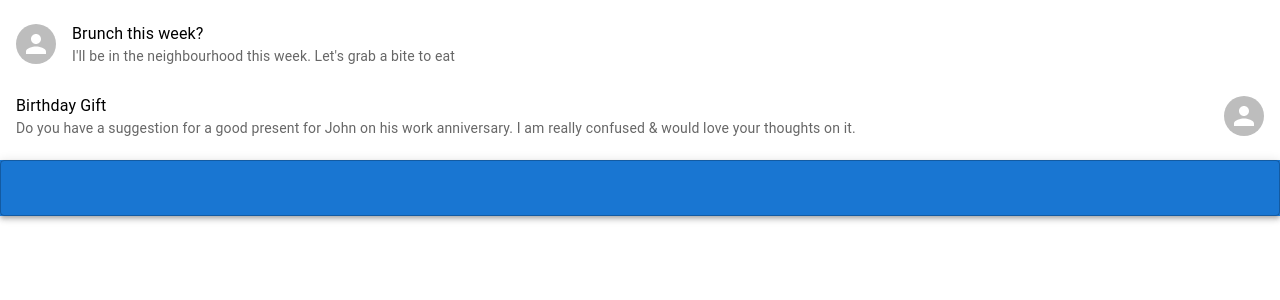
Repository: background-position/midway-react
Page: /chart
These files come from the project's save history. The page is drawn as it stood at one moment and after the next save; the edit follows.
The browser window is 1280 px wide. The pictures show the whole page.
The project was rebuilt for these pictures with package versions that can differ from the ones it lists, and the page was loaded fresh each time. Also part of the build but not shown: vite.config.ts, src/service/apis/lambda/index.ts, src/client/pages/login/login.tsx, src/client/pages/register/register.tsx.

Above is the page before, as saved 2021-12-31 18:06:57.

### src/main.tsx
import React from 'react';
import ReactDOM from 'react-dom';
import './index.css';
import App from './client/App';
import { BrowserRouter } from 'react-router-dom';
ReactDOM.render(
    <BrowserRouter>
        <React.StrictMode>
            <App />
        </React.StrictMode>
    </BrowserRouter>,
    document.getElementById('root'),
);

### src/client/App.tsx
import React from 'react';
import { Routes, Route } from 'react-router-dom';
import About from './pages/about/about';
import Login from './pages/login/login';
import Register from './pages/register/register';
import Chart from './pages/chart/index';
function App() {
    return (
        <div className="App">
            <Routes>
                <Route path="/" element={<Login />} />
                <Route path="/register" element={<Register />} />
                <Route path="/chart" element={<Chart />} />
            </Routes>
        </div>
    );
}
export default App;

### src/client/pages/chart/index.tsx
import React, { useState, useEffect, FC } from 'react';
import Container from '@mui/material/Container';
import Header from './components/header';
import Chart from './components/chart';

interface PageProps {}
const App: FC<PageProps> = () => {
    return <Chart />;
};
export default App;

### src/client/pages/chart/components/chart.tsx
import React, { useState, useEffect, FC } from 'react';
import { chartList } from './res';
import { styled } from '@mui/material/styles';
import TextField from '@mui/material/TextField';
import AppBar from '@mui/material/AppBar';
import Box from '@mui/material/Box';
import CssBaseline from '@mui/material/CssBaseline';
import Toolbar from '@mui/material/Toolbar';
import Typography from '@mui/material/Typography';
import IconButton from '@mui/material/IconButton';
import Paper from '@mui/material/Paper';
import Fab from '@mui/material/Fab';
import List from '@mui/material/List';
import ListItem from '@mui/material/ListItem';
import ListItemAvatar from '@mui/material/ListItemAvatar';
import ListItemText from '@mui/material/ListItemText';
import ListSubheader from '@mui/material/ListSubheader';
import Avatar from '@mui/material/Avatar';
import MenuIcon from '@mui/icons-material/Menu';
import AddIcon from '@mui/icons-material/Add';
import SearchIcon from '@mui/icons-material/Search';
import MoreIcon from '@mui/icons-material/MoreVert';
import { makeStyles } from '@material-ui/styles';
interface PageProps {}
const useStyles = makeStyles({
    root: {
        display: 'flex',
        justifyContent: 'flex-end',
    },
});

const App: FC<PageProps> = () => {
    const classes = useStyles();
    return (
        <div>
            <List sx={{ mb: 2, marginBottom: '0px' }}>
                {chartList.map(({ id, nickname, content, isMe }) => (
                    <React.Fragment key={id}>
                        {isMe ? (
                            <ListItem button>
                                <ListItemText
                                    primary={nickname}
                                    secondary={content}
                                />
                                <ListItemAvatar className={classes.root}>
                                    <Avatar alt="Profile Picture" />
                                </ListItemAvatar>
                            </ListItem>
                        ) : (
                            <ListItem button>
                                <ListItemAvatar>
                                    <Avatar alt="Profile Picture" />
                                </ListItemAvatar>
                                <ListItemText
                                    primary={nickname}
                                    secondary={content}
                                />
                            </ListItem>
                        )}
                    </React.Fragment>
                ))}
            </List>
            <AppBar position="sticky" sx={{ top: 'auto', bottom: 0 }}>
                <TextField id="outlined-basic" variant="outlined" />
            </AppBar>
        </div>
    );
};
export default App;

### src/client/pages/chart/components/res.ts
interface chartItem {
    id?: string | number;
    nickname: string;
    content: string;
    logo?: string;
    isMe: boolean;
    [propname: string]: any;
}
export const chartList: Array<chartItem> = [
    {
        id: 1,
        nickname: 'Brunch this week?',
        content:
            "I'll be in the neighbourhood this week. Let's grab a bite to eat",
        isMe: false,
    },
    {
        id: 2,
        nickname: 'Birthday Gift',
        content: `Do you have a suggestion for a good present for John on his work
        anniversary. I am really confused & would love your thoughts on it.`,
        isMe: true,
    },
    // {
    //     id: 3,
    //     nickname: 'Recipe to try',
    //     content:
    //         'I am try out this new BBQ recipe, I think this might be amazing',
    //     isMe: false,
    // },
    // {
    //     id: 4,
    //     nickname: 'Yes!',
    //     content: 'I have the tickets to the ReactConf for this year.',
    //     isMe: false,
    // },
    // {
    //     id: 5,
    //     nickname: "Doctor's Appointment",
    //     content:
    //         'My appointment for the doctor was rescheduled for next Saturday.',
    //     isMe: false,
    // },
    // {
    //     id: 6,
    //     nickname: 'Discussion',
    //     content: `Menus that are generated by the bottom app bar (such as a bottom
    //     navigation drawer or overflow menu) open as bottom sheets at a higher elevation
    //     than the bar.`,
    //     isMe: true,
    // },
    // {
    //     id: 7,
    //     nickname: 'Summer BBQ',
    //     content: `Who wants to have a cookout this weekend? I just got some furniture
    //     for my backyard and would love to fire up the grill.`,
    //     isMe: true,
    // },
    // {
    //     id: 71,
    //     nickname: 'Summer BBQ',
    //     content: `Who wants to have a cookout this weekend? I just got some furniture
    //     for my backyard and would love to fire up the grill.`,
    //     isMe: false,
    // },
    // {
    //     id: 72,
    //     nickname: 'Summer BBQ',
    //     content: `Who wants to have a cookout this weekend? I just got some furniture
    //     for my backyard and would love to fire up the grill.`,
    //     isMe: false,
    // },
    // {
    //     id: 73,
    //     nickname: 'Summer BBQ',
    //     content: `Who wants to have a cookout this weekend? I just got some furniture
    //     for my backyard and would love to fire up the grill.`,
    //     isMe: true,
    // },
    // {
    //     id: 74,
    //     nickname: 'Summer BBQ',
    //     content: `Who wants to have a cookout this weekend? I just got some furniture
    //     for my backyard and would love to fire up the grill.`,
    //     isMe: false,
    // },
    // {
    //     id: 75,
    //     nickname: 'Summer BBQ',
    //     content: `Who wants to have a cookout this weekend? I just got some furniture
    //     for my backyard and would love to fire up the grill.`,
    //     isMe: true,
    // },
];

Loaded but not shown: index.html (common file); src/index.css (common file)

After the next save:
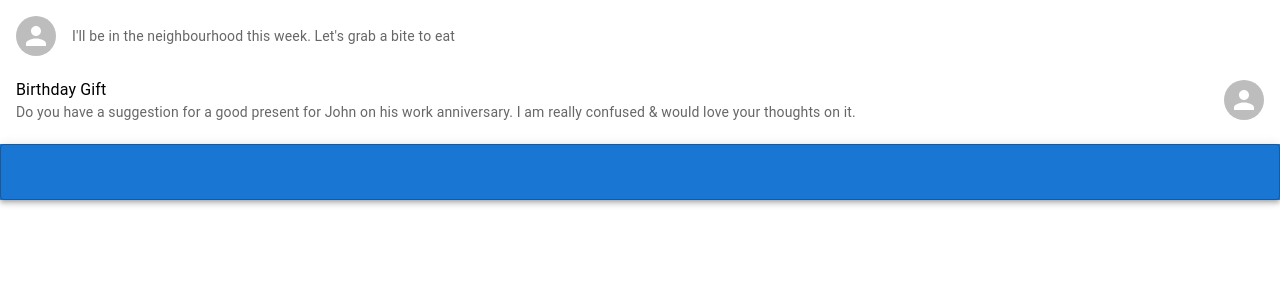
Saved 25 s later.
--- a/src/client/pages/chart/components/chart.tsx
+++ b/src/client/pages/chart/components/chart.tsx
@@ -51,10 +51,7 @@ const App: FC<PageProps> = () => {
                                 <ListItemAvatar>
                                     <Avatar alt="Profile Picture" />
                                 </ListItemAvatar>
-                                <ListItemText
-                                    primary={nickname}
-                                    secondary={content}
-                                />
+                                <ListItemText secondary={content} />
                             </ListItem>
                         )}
                     </React.Fragment>
